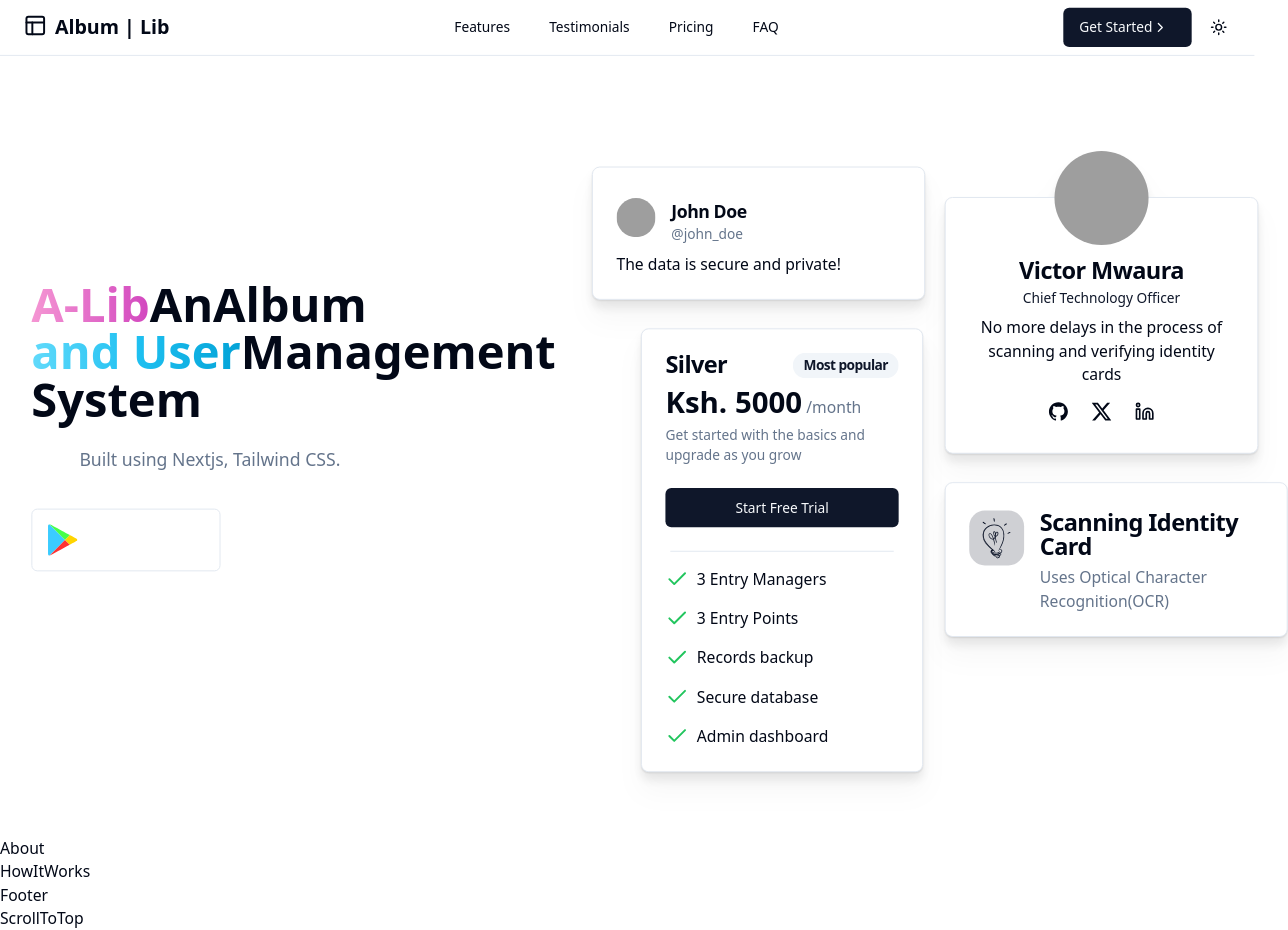
Repository: DevLaukey/savannah-informatics-test
Page: /
The author's editor kept a copy of each file at every save. The page is drawn from the files as they stood at one save, then again after the next save.
The browser window is 1280 px wide. The page is 1314 px wide, so the pictures cover 1314 px, including what lies to the right of the window. The pictures show the whole page, at 98% of full size.
Pictures or frames that could not be fetched are drawn as grey boxes. The project was rebuilt for these pictures with package versions that can differ from the ones it lists, and the page was loaded fresh each time. The framework's server and built-in components were replaced by stand-ins that run in the browser. Also part of the build but not shown: next.config.mjs.

Above is the page before, as saved 2024-06-04 21:55:49.

### app/layout.jsx
import "./globals.css";
import { Inter as FontSans } from "next/font/google";

import { cn } from "@/lib/utils";
import { ThemeProvider } from "@/lib/theme-provider";

const fontSans = FontSans({
  subsets: ["latin"],
  variable: "--font-sans",
});

export default function RootLayout({ children }) {
  return (
    <html lang="en" suppressHydrationWarning>
      <head />
      <body
        className={cn(
          "min-h-screen bg-background font-sans antialiased",
          fontSans.variable
        )}
      >
        <ThemeProvider
          attribute="class"
          defaultTheme="system"
          enableSystem
          disableTransitionOnChange
        >
          {children}
        </ThemeProvider>
      </body>
    </html>
  );
}

### app/page.jsx
import Footer from "@/components/Footer";
import About from "@/components/landing-page/About";
import Hero from "@/components/landing-page/Hero";
import HowItWorks from "@/components/landing-page/HowItWorks";
import Navbar from "@/components/Navbar";
import ScrollToTop from "@/components/ScrollToTop";


// this is the landing page
export default function Home() {
  return (
    <>
      <Navbar />
      <Hero />
      <About />
      <HowItWorks />
      <Footer />
      <ScrollToTop />
    </>
  );
}

### components/landing-page/Hero.jsx
import { HeroCards } from "./HeroCards";
import { Button, buttonVariants } from "@/components/ui/button";

const Hero = () => {
  return (
    <section className="container grid grid-cols-1 md:grid-cols-2 place-items-center py-20 md:py-32 gap-10">
      <div className="text-center md:text-left space-y-6">
        <main className="text-3xl md:text-5xl font-bold">
          <h1 className="inline-block">
            <span className="inline bg-gradient-to-r from-[#F596D3] to-[#D247BF] text-transparent bg-clip-text">
              A-Lib
            </span>
            An
          </h1>
          Album
          <h2 className="inline-block">
            <span className="inline bg-gradient-to-r from-[#61DAFB] via-[#1fc0f1] to-[#03a3d7] text-transparent bg-clip-text">
              and User
            </span>
            Management System
          </h2>
        </main>

        <p className="text-lg text-muted-foreground md:w-10/12 mx-auto">
          Built using Nextjs, Tailwind CSS.
        </p>

        <div className="space-y-4 md:space-y-0 md:space-x-4">
          <Button
            type="button"
            className={`flex items-center justify-center w-full md:w-auto mt-3 text-white bg-black rounded-lg h-14 md:h-16 px-6 ${buttonVariants(
              {
                variant: "outline",
              }
            )}`}
          >
            <div className="mr-3">
              <svg viewBox="30 336.7 120.9 129.2" width="30">
                <path
                  fill="#FFD400"
                  d="M119.2,421.2c15.3-8.4,27-14.8,28-15.3c3.2-1.7,6.5-6.2,0-9.7  c-2.1-1.1-13.4-7.3-28-15.3l-20.1,20.2L119.2,421.2z"
                ></path>
                <path
                  fill="#FF3333"
                  d="M99.1,401.1l-64.2,64.7c1.5,0.2,3.2-0.2,5.2-1.3  c4.2-2.3,48.8-26.7,79.1-43.3L99.1,401.1L99.1,401.1z"
                ></path>
                <path
                  fill="#48FF48"
                  d="M99.1,401.1l20.1-20.2c0,0-74.6-40.7-79.1-43.1  c-1.7-1-3.6-1.3-5.3-1L99.1,401.1z"
                ></path>
                <path
                  fill="#3BCCFF"
                  d="M99.1,401.1l-64.3-64.3c-2.6,0.6-4.8,2.9-4.8,7.6  c0,7.5,0,107.5,0,113.8c0,4.3,1.7,7.4,4.9,7.7L99.1,401.1z"
                ></path>
              </svg>
            </div>
            <div>
              <div className="text-xs">GET IT ON</div>
              <div className="-mt-1 font-sans text-base md:text-xl font-semibold">
                Google Play
              </div>
            </div>
          </Button>
        </div>
      </div>

      {/* Hero cards sections */}
      <div className="z-10">
        <HeroCards />
      </div>

      {/* Shadow effect */}
      <div className="shadow"></div>
    </section>
  );
};

export default Hero;

### components/landing-page/HowItWorks.jsx
import React from 'react'

function HowItWorks() {
  return (
    <div>HowItWorks</div>
  )
}

export default HowItWorks

### components/Navbar.jsx
"use client";
import React, { useState } from "react";
import {
  NavigationMenu,
  NavigationMenuItem,
  NavigationMenuList,
} from "@/components/ui/navigation-menu";
import {
  Sheet,
  SheetContent,
  SheetHeader,
  SheetTitle,
  SheetTrigger,
} from "@/components/ui/sheet";
import { Button, buttonVariants } from "./ui/button";
import { ChevronRight, Menu } from "lucide-react";
import ModeToggle from "./mode-toggle";
import { LogoIcon } from "./Icons";

const routeList = [
  {
    href: "#features",
    label: "Features",
  },
  {
    href: "#testimonials",
    label: "Testimonials",
  },
  {
    href: "#pricing",
    label: "Pricing",
  },
  {
    href: "#faq",
    label: "FAQ",
  },
];

const Navbar = () => {
  const [isOpen, setIsOpen] = useState(false);
  return (
    <header className="sticky border-b-[1px] top-0 z-40 w-full bg-white dark:border-b-slate-700 dark:bg-background">
      <NavigationMenu className="mx-auto">
        <NavigationMenuList className="container h-14 px-4 w-screen flex justify-between">
          <NavigationMenuItem className="font-bold flex">
            <a
              rel="noreferrer noopener"
              href="/"
              className="ml-2 font-bold text-xl flex"
            >
              <LogoIcon />
              Album | Lib
            </a>
          </NavigationMenuItem>

          {/* mobile */}
          <span className="flex md:hidden">
            <ModeToggle />

            <Sheet open={isOpen} onOpenChange={setIsOpen}>
              <SheetTrigger className="px-2">
                <Menu
                  className="flex md:hidden h-5 w-5"
                  onClick={() => setIsOpen(true)}
                >
                  <span className="sr-only">Menu Icon</span>
                </Menu>
              </SheetTrigger>

              <SheetContent side={"left"}>
                <SheetHeader>
                  <SheetTitle className="font-bold text-xl">
                    Shadcn/React
                  </SheetTitle>
                </SheetHeader>
                <nav className="flex flex-col justify-center items-center gap-2 mt-4">
                  {routeList.map(({ href, label }) => (
                    <a
                      rel="noreferrer noopener"
                      key={label}
                      href={href}
                      onClick={() => setIsOpen(false)}
                      className={buttonVariants({ variant: "ghost" })}
                    >
                      {label}
                    </a>
                  ))}
                  <Button>
                    Get Started
                    <ChevronRight className="mr-2 h-4 w-4" />
                  </Button>
                </nav>
              </SheetContent>
            </Sheet>
          </span>

          {/* desktop */}
          <nav className="hidden md:flex gap-2">
            {routeList.map((route, i) => (
              <a
                rel="noreferrer noopener"
                href={route.href}
                key={i}
                className={`text-[17px] ${buttonVariants({
                  variant: "ghost",
                })}`}
              >
                {route.label}
              </a>
            ))}
          </nav>

          <div className="hidden md:flex gap-2">
            <Button>
              Get Started
              <ChevronRight className="mr-2 h-4 w-4" />
            </Button>
            <ModeToggle />
          </div>
        </NavigationMenuList>
      </NavigationMenu>
    </header>
  );
};
export default Navbar;

### components/ScrollToTop.jsx
import React from 'react'

function ScrollToTop() {
  return (
    <div>ScrollToTop</div>
  )
}

export default ScrollToTop

### components/ui/button.jsx
import * as React from "react"
import { Slot } from "@radix-ui/react-slot"
import { cva } from "class-variance-authority";

import { cn } from "@/lib/utils"

const buttonVariants = cva(
  "inline-flex items-center justify-center whitespace-nowrap rounded-md text-sm font-medium ring-offset-background transition-colors focus-visible:outline-none focus-visible:ring-2 focus-visible:ring-ring focus-visible:ring-offset-2 disabled:pointer-events-none disabled:opacity-50",
  {
    variants: {
      variant: {
        default: "bg-primary text-primary-foreground hover:bg-primary/90",
        destructive:
          "bg-destructive text-destructive-foreground hover:bg-destructive/90",
        outline:
          "border border-input bg-background hover:bg-accent hover:text-accent-foreground",
        secondary:
          "bg-secondary text-secondary-foreground hover:bg-secondary/80",
        ghost: "hover:bg-accent hover:text-accent-foreground",
        link: "text-primary underline-offset-4 hover:underline",
      },
      size: {
        default: "h-10 px-4 py-2",
        sm: "h-9 rounded-md px-3",
        lg: "h-11 rounded-md px-8",
        icon: "h-10 w-10",
      },
    },
    defaultVariants: {
      variant: "default",
      size: "default",
    },
  }
)

const Button = React.forwardRef(({ className, variant, size, asChild = false, ...props }, ref) => {
  const Comp = asChild ? Slot : "button"
  return (
    (<Comp
      className={cn(buttonVariants({ variant, size, className }))}
      ref={ref}
      {...props} />)
  );
})
Button.displayName = "Button"

export { Button, buttonVariants }

### components/ui/sheet.jsx
"use client";
import * as React from "react"
import * as SheetPrimitive from "@radix-ui/react-dialog"
import { cva } from "class-variance-authority";
import { X } from "lucide-react"

import { cn } from "@/lib/utils"

const Sheet = SheetPrimitive.Root

const SheetTrigger = SheetPrimitive.Trigger

const SheetClose = SheetPrimitive.Close

const SheetPortal = SheetPrimitive.Portal

const SheetOverlay = React.forwardRef(({ className, ...props }, ref) => (
  <SheetPrimitive.Overlay
    className={cn(
      "fixed inset-0 z-50 bg-black/80  data-[state=open]:animate-in data-[state=closed]:animate-out data-[state=closed]:fade-out-0 data-[state=open]:fade-in-0",
      className
    )}
    {...props}
    ref={ref} />
))
SheetOverlay.displayName = SheetPrimitive.Overlay.displayName

const sheetVariants = cva(
  "fixed z-50 gap-4 bg-background p-6 shadow-lg transition ease-in-out data-[state=open]:animate-in data-[state=closed]:animate-out data-[state=closed]:duration-300 data-[state=open]:duration-500",
  {
    variants: {
      side: {
        top: "inset-x-0 top-0 border-b data-[state=closed]:slide-out-to-top data-[state=open]:slide-in-from-top",
        bottom:
          "inset-x-0 bottom-0 border-t data-[state=closed]:slide-out-to-bottom data-[state=open]:slide-in-from-bottom",
        left: "inset-y-0 left-0 h-full w-3/4 border-r data-[state=closed]:slide-out-to-left data-[state=open]:slide-in-from-left sm:max-w-sm",
        right:
          "inset-y-0 right-0 h-full w-3/4  border-l data-[state=closed]:slide-out-to-right data-[state=open]:slide-in-from-right sm:max-w-sm",
      },
    },
    defaultVariants: {
      side: "right",
    },
  }
)

const SheetContent = React.forwardRef(({ side = "right", className, children, ...props }, ref) => (
  <SheetPortal>
    <SheetOverlay />
    <SheetPrimitive.Content ref={ref} className={cn(sheetVariants({ side }), className)} {...props}>
      {children}
      <SheetPrimitive.Close
        className="absolute right-4 top-4 rounded-sm opacity-70 ring-offset-background transition-opacity hover:opacity-100 focus:outline-none focus:ring-2 focus:ring-ring focus:ring-offset-2 disabled:pointer-events-none data-[state=open]:bg-secondary">
        <X className="h-4 w-4" />
        <span className="sr-only">Close</span>
      </SheetPrimitive.Close>
    </SheetPrimitive.Content>
  </SheetPortal>
))
SheetContent.displayName = SheetPrimitive.Content.displayName

const SheetHeader = ({
  className,
  ...props
}) => (
  <div
    className={cn("flex flex-col space-y-2 text-center sm:text-left", className)}
    {...props} />
)
SheetHeader.displayName = "SheetHeader"

const SheetFooter = ({
  className,
  ...props
}) => (
  <div
    className={cn("flex flex-col-reverse sm:flex-row sm:justify-end sm:space-x-2", className)}
    {...props} />
)
SheetFooter.displayName = "SheetFooter"

const SheetTitle = React.forwardRef(({ className, ...props }, ref) => (
  <SheetPrimitive.Title
    ref={ref}
    className={cn("text-lg font-semibold text-foreground", className)}
    {...props} />
))
SheetTitle.displayName = SheetPrimitive.Title.displayName

const SheetDescription = React.forwardRef(({ className, ...props }, ref) => (
  <SheetPrimitive.Description
    ref={ref}
    className={cn("text-sm text-muted-foreground", className)}
    {...props} />
))
SheetDescription.displayName = SheetPrimitive.Description.displayName

export {
  Sheet,
  SheetPortal,
  SheetOverlay,
  SheetTrigger,
  SheetClose,
  SheetContent,
  SheetHeader,
  SheetFooter,
  SheetTitle,
  SheetDescription,
}

### components/mode-toggle.jsx
import React from "react";
import { Button } from "@/components/ui/button";
import {
  DropdownMenu,
  DropdownMenuContent,
  DropdownMenuItem,
  DropdownMenuTrigger,
} from "@/components/ui/dropdown-menu";
import { useTheme } from "@/lib/theme-provider";
import { Moon, Sun } from "lucide-react";

export default function ModeToggle() {
  const { setTheme } = useTheme();

  return (
    <DropdownMenu>
      <DropdownMenuTrigger asChild>
        <Button variant="ghost" size="icon" className="ghost">
          <Sun className="h-[1.1rem] w-[1.2rem] rotate-0 scale-100 transition-all dark:-rotate-90 dark:scale-0" />
          <Moon className="absolute h-[1.1rem] w-[1.2rem] rotate-90 scale-0 transition-all dark:rotate-0 dark:scale-100" />
          <span className="sr-only">Toggle theme</span>
        </Button>
      </DropdownMenuTrigger>
      <DropdownMenuContent align="end">
        <DropdownMenuItem onClick={() => setTheme("light")}>
          Light
        </DropdownMenuItem>
        <DropdownMenuItem onClick={() => setTheme("dark")}>
          Dark
        </DropdownMenuItem>
        <DropdownMenuItem onClick={() => setTheme("system")}>
          System
        </DropdownMenuItem>
      </DropdownMenuContent>
    </DropdownMenu>
  );
}

### components/Icons.jsx
export const LogoIcon = () => {
  return (
    <svg
      xmlns="http://www.w3.org/2000/svg"
      viewBox="0 0 24 24"
      fill="none"
      stroke="currentColor"
      strokeWidth="2"
      strokeLinecap="round"
      strokeLinejoin="round"
      className="lucide lucide-panels-top-left mr-2 w-6 h-6"
    >
      <rect width="18" height="18" x="3" y="3" rx="2" />
      <path d="M3 9h18" />
      <path d="M9 21V9" />
    </svg>
  );
};

### components/ui/avatar.jsx
"use client"

import * as React from "react"
import * as AvatarPrimitive from "@radix-ui/react-avatar"

import { cn } from "@/lib/utils"

const Avatar = React.forwardRef(({ className, ...props }, ref) => (
  <AvatarPrimitive.Root
    ref={ref}
    className={cn("relative flex h-10 w-10 shrink-0 overflow-hidden rounded-full", className)}
    {...props} />
))
Avatar.displayName = AvatarPrimitive.Root.displayName

const AvatarImage = React.forwardRef(({ className, ...props }, ref) => (
  <AvatarPrimitive.Image
    ref={ref}
    className={cn("aspect-square h-full w-full", className)}
    {...props} />
))
AvatarImage.displayName = AvatarPrimitive.Image.displayName

const AvatarFallback = React.forwardRef(({ className, ...props }, ref) => (
  <AvatarPrimitive.Fallback
    ref={ref}
    className={cn(
      "flex h-full w-full items-center justify-center rounded-full bg-muted",
      className
    )}
    {...props} />
))
AvatarFallback.displayName = AvatarPrimitive.Fallback.displayName

export { Avatar, AvatarImage, AvatarFallback }

### components/ui/badge.jsx
import * as React from "react"
import { cva } from "class-variance-authority";

import { cn } from "@/lib/utils"

const badgeVariants = cva(
  "inline-flex items-center rounded-full border px-2.5 py-0.5 text-xs font-semibold transition-colors focus:outline-none focus:ring-2 focus:ring-ring focus:ring-offset-2",
  {
    variants: {
      variant: {
        default:
          "border-transparent bg-primary text-primary-foreground hover:bg-primary/80",
        secondary:
          "border-transparent bg-secondary text-secondary-foreground hover:bg-secondary/80",
        destructive:
          "border-transparent bg-destructive text-destructive-foreground hover:bg-destructive/80",
        outline: "text-foreground",
      },
    },
    defaultVariants: {
      variant: "default",
    },
  }
)

function Badge({
  className,
  variant,
  ...props
}) {
  return (<div className={cn(badgeVariants({ variant }), className)} {...props} />);
}

export { Badge, badgeVariants }

### components/ui/card.jsx
import * as React from "react"

import { cn } from "@/lib/utils"

const Card = React.forwardRef(({ className, ...props }, ref) => (
  <div
    ref={ref}
    className={cn("rounded-lg border bg-card text-card-foreground shadow-sm", className)}
    {...props} />
))
Card.displayName = "Card"

const CardHeader = React.forwardRef(({ className, ...props }, ref) => (
  <div
    ref={ref}
    className={cn("flex flex-col space-y-1.5 p-6", className)}
    {...props} />
))
CardHeader.displayName = "CardHeader"

const CardTitle = React.forwardRef(({ className, ...props }, ref) => (
  <h3
    ref={ref}
    className={cn("text-2xl font-semibold leading-none tracking-tight", className)}
    {...props} />
))
CardTitle.displayName = "CardTitle"

const CardDescription = React.forwardRef(({ className, ...props }, ref) => (
  <p
    ref={ref}
    className={cn("text-sm text-muted-foreground", className)}
    {...props} />
))
CardDescription.displayName = "CardDescription"

const CardContent = React.forwardRef(({ className, ...props }, ref) => (
  <div ref={ref} className={cn("p-6 pt-0", className)} {...props} />
))
CardContent.displayName = "CardContent"

const CardFooter = React.forwardRef(({ className, ...props }, ref) => (
  <div
    ref={ref}
    className={cn("flex items-center p-6 pt-0", className)}
    {...props} />
))
CardFooter.displayName = "CardFooter"

export { Card, CardHeader, CardFooter, CardTitle, CardDescription, CardContent }

Loaded but not shown: app/globals.css (common file); lib/utils.js (common file); components/Footer.jsx (common file); components/landing-page/About.jsx (common file); tailwind.config.js (82 lines, source omitted); lib/theme-provider.js (60 lines, source omitted); components/landing-page/LightBulbIcon.jsx (73 lines, source omitted); components/ui/dropdown-menu.jsx (157 lines, source omitted); components/landing-page/HeroCards.jsx (164 lines, source omitted); components/ui/navigation-menu.jsx (104 lines, source omitted)

After the next save:
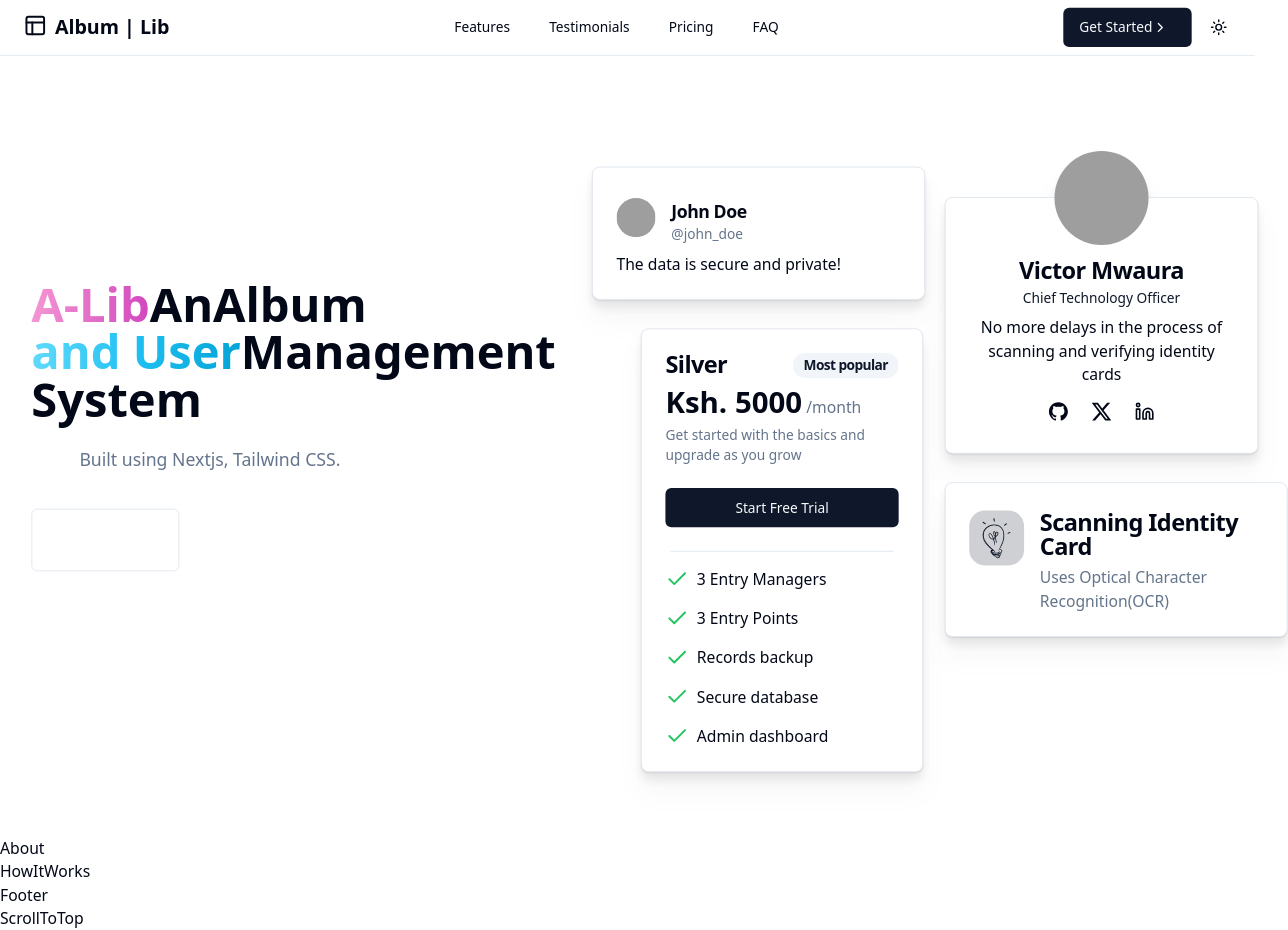
Saved 14 s later.
--- a/components/landing-page/Hero.jsx
+++ b/components/landing-page/Hero.jsx
@@ -34,26 +34,7 @@ const Hero = () => {
               }
             )}`}
           >
-            <div className="mr-3">
-              <svg viewBox="30 336.7 120.9 129.2" width="30">
-                <path
-                  fill="#FFD400"
-                  d="M119.2,421.2c15.3-8.4,27-14.8,28-15.3c3.2-1.7,6.5-6.2,0-9.7  c-2.1-1.1-13.4-7.3-28-15.3l-20.1,20.2L119.2,421.2z"
-                ></path>
-                <path
-                  fill="#FF3333"
-                  d="M99.1,401.1l-64.2,64.7c1.5,0.2,3.2-0.2,5.2-1.3  c4.2-2.3,48.8-26.7,79.1-43.3L99.1,401.1L99.1,401.1z"
-                ></path>
-                <path
-                  fill="#48FF48"
-                  d="M99.1,401.1l20.1-20.2c0,0-74.6-40.7-79.1-43.1  c-1.7-1-3.6-1.3-5.3-1L99.1,401.1z"
-                ></path>
-                <path
-                  fill="#3BCCFF"
-                  d="M99.1,401.1l-64.3-64.3c-2.6,0.6-4.8,2.9-4.8,7.6  c0,7.5,0,107.5,0,113.8c0,4.3,1.7,7.4,4.9,7.7L99.1,401.1z"
-                ></path>
-              </svg>
-            </div>
+
             <div>
               <div className="text-xs">GET IT ON</div>
               <div className="-mt-1 font-sans text-base md:text-xl font-semibold">
